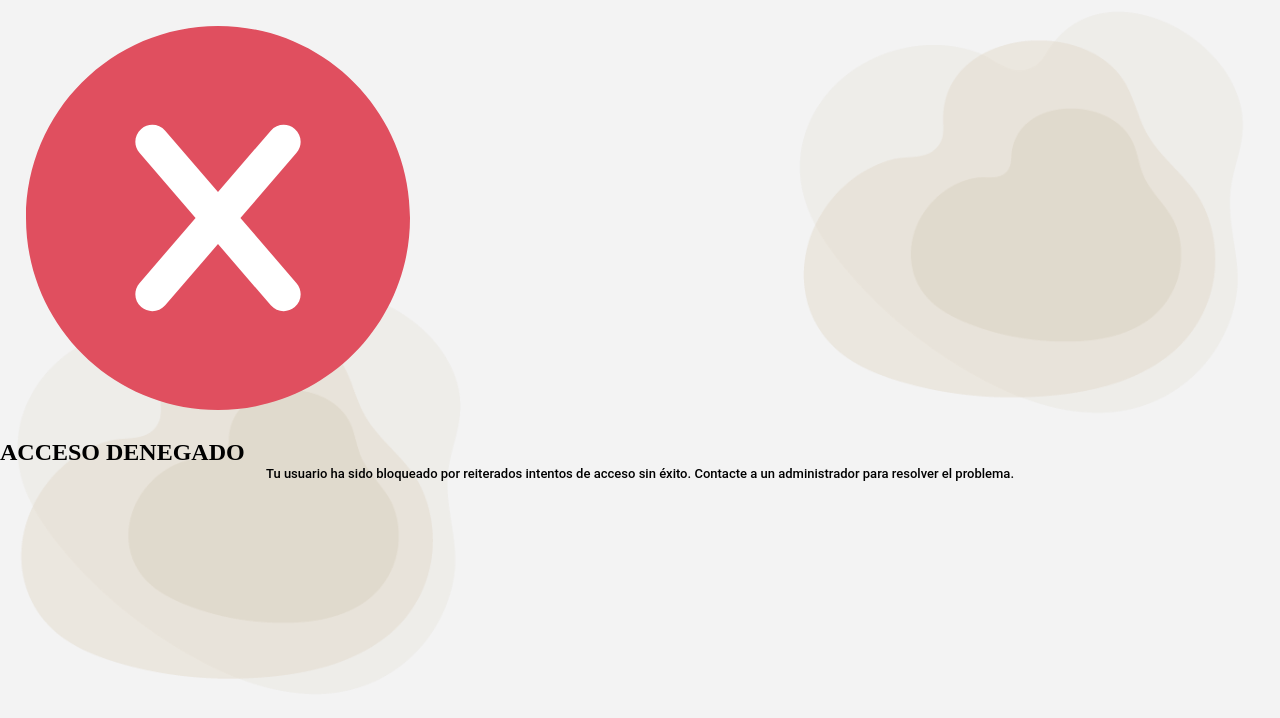
Repository: AlejandraBarrachina23/TPIntegrador_Barrachina_Java
Page: http://localhost/Alejandra_Barrachina_TP_Integrador1/error404.jsp
An editor plug-in stored every save of this project. The page is shown before and after the next save, followed by the edit.
The browser window is 1280 px wide. The pictures show the whole page.
Some web libraries are served in a nearby version. The page is served by Tomcat 9. Nobody is signed in. The application's start-up code is not run.

Above is the page before, as saved 2019-12-04 22:02:28.

After the next save:
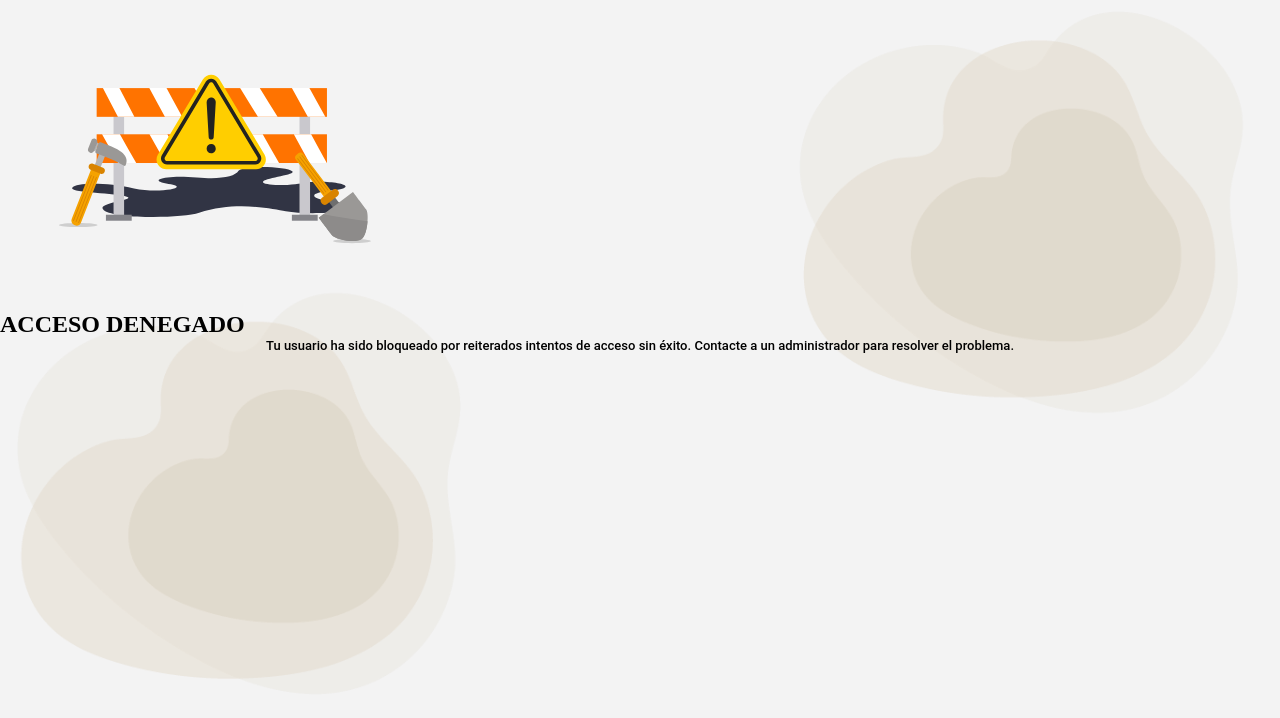
Saved 7 s later.
--- a/Alejandra_Barrachina_TP_Integrador1/WebContent/error404.jsp
+++ b/Alejandra_Barrachina_TP_Integrador1/WebContent/error404.jsp
@@ -14,7 +14,7 @@
 <div id="error-404">
 
 
-		<img src="img/cancel.svg" alt="icono-advertencia" class="icono-advertencia">
+		<img src="img/404.svg" alt="icono-advertencia" class="icono-advertencia">
 		<h2>ACCESO DENEGADO</h2>
 		<p>Tu usuario ha sido bloqueado por reiterados intentos de acceso sin éxito. Contacte a un administrador para resolver el problema.</p>
 
